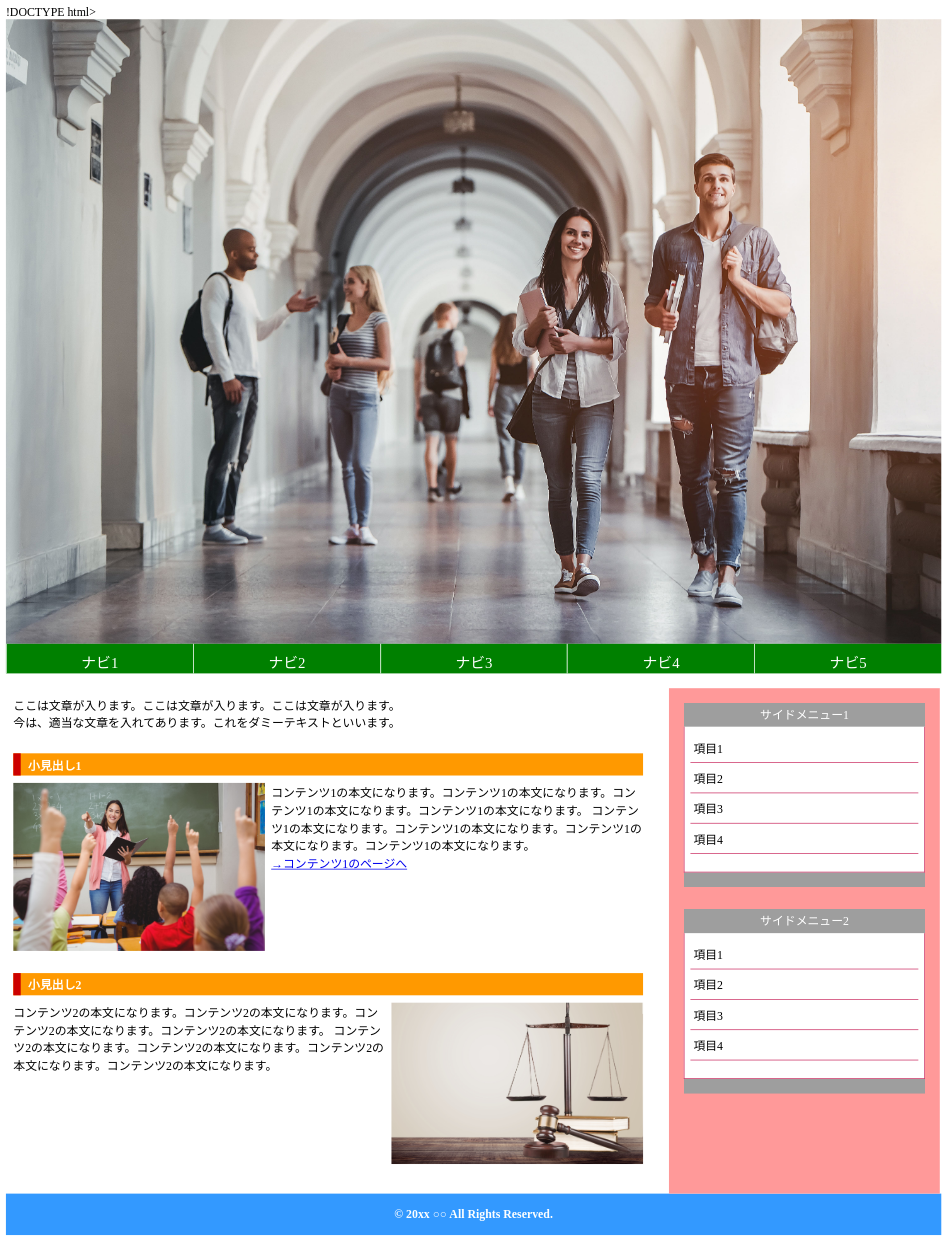
Repository: kazu999999/samurai_HTML-CSS
Page: home.html
The author's editor kept a record of every edit. The page is drawn from the files as they stood at one moment, then again after the next edit.
The browser window is 1280 px wide. The pictures show the whole page, at 74% of full size.
Pictures or frames that could not be fetched are drawn as grey boxes.

Above is the page before.

### home.html
!DOCTYPE html>
<html lang="ja">
    <head>
        <meta charset="UTF-8">
        <title>HTML/CSSの学習</title>
        <link rel="stylesheet" href="stylesheet.css">
    </head>
    <body>
        <div id="header">
            <h1><a href="index.html"><img id="corridor" src="images/corridor.jpg" alt="大学の廊下" /></a></h1>
        </div>
        <div id="wrapper">
            <div id="nav">
                <ul>
                    <li><a href="home.html">ナビ1</a></li>
                    <li><a href="#">ナビ2</a></li>
                   <li><a href="#">ナビ3</a></li>
                    <li><a href="#">ナビ4</a></li>
                    <li><a href="#">ナビ5</a></li>
                </ul>
            </div>
            <div id="container">
                <div id="main">
                    <div class="post">
                        <p>ここは文章が入ります。ここは文章が入ります。ここは文章が入ります。<br />今は、適当な文章を入れてあります。これをダミーテキストといいます。</p>
                    </div>
                    <div class="post clearfix">
                        <h2>小見出し1</h2>
                        <img class="left" src="images/classroom.jpg" alt="授業風景" />
                        <p>
                            コンテンツ1の本文になります。コンテンツ1の本文になります。コンテンツ1の本文になります。コンテンツ1の本文になります。
                            コンテンツ1の本文になります。コンテンツ1の本文になります。コンテンツ1の本文になります。コンテンツ1の本文になります。
                        </p>
                        <p><a href="#">→コンテンツ1のページへ</a></p>
                    </div>
                    <div class="post clearfix">
                        <h2>小見出し2</h2>
                        <img class="right" src="images/scale.jpg" alt="天秤" />
                        <p>
                            コンテンツ2の本文になります。コンテンツ2の本文になります。コンテンツ2の本文になります。コンテンツ2の本文になります。
                            コンテンツ2の本文になります。コンテンツ2の本文になります。コンテンツ2の本文になります。コンテンツ2の本文になります。
                        </p>
                    </div>
                </div>
                <div id="side">
                    <div class="box">
                        <h2>サイドメニュー1</h2>
                        <div class="boxBody">
                            <ul>
                                <li>項目1</li>
                                <li>項目2</li>
                                <li>項目3</li>
                                <li>項目4</li>
                            </ul>
                        </div>
                    </div>
                    <div class="box">
                        <h2>サイドメニュー2</h2>
                       <div class="boxBody">
                            <ul>
                                <li>項目1</li>
                                <li>項目2</li>
                                <li>項目3</li>
                                <li>項目4</li>
                            </ul>
                        </div>
                    </div>
               </div>
            </div>
        </div>
        <div id="footer">
            <p>&copy; 20xx ○○ All Rights Reserved.</p>
        </div>
    </body>
</html>

### stylesheet.css
@charset "utf-8";

3body {
	margin: 0;
	padding: 0;
	font-family: "ヒラギノ角ゴ Pro W3", "Hiragino Kaku Gothic Pro", "メイリオ", Meiryo, Osaka, "ＭＳ Ｐゴシック", "MS PGothic", sans-serif;
	color: #333;
	font-size: 13px;
	line-height: 150%;
}

/* -------------------- wrapper -------------------- */3#wrapper {
	width: 100%;
	margin: auto;
	padding: 0px;
	border: 0px;
	background-color: #FFF;
	top: 10px;
	position: relative;
}

/* -------------------- header -------------------- */
#header {
	width: 100%;
}
#header h1 {
	margin: 0;
	padding: 0;
}

#corridor {
	width: 100%;
	height: auto;
}

/* -------------------- footer -------------------- */
#footer {
	clear: both;
	width: 100%;
	padding: 3px 0 3px 0;
	background: #39F;
	color: #FFF;
	font-weight: bold;
	text-align: center;
}

/* -------------------- nav -------------------- */
#nav {
	width: 100%;
}
#nav ul {
	display: flex;
	margin: 0;
	padding: 0;
	list-style-type: none;
}
#nav ul li {
	width: 20%;
	text-align: center;
}
#nav ul li a {
	display: block;
	height: 20px;
	margin: 0;
	padding: 10px;
	color: #FFF;
	font-size: 20px;
	text-decoration: none;
	background-color: green;
   border-left: 1px solid white;
}

#nav ul li a:hover {
	filter: drop-shadow(10px 10px 10px black);
}

/* -------------------- container -------------------- */
#container {
	width: 100%;
	margin: auto ;
	padding-top: 20px;
	clear: both;
	display: grid;
	grid-template-columns: 70vw 30vw;
}
/* -------------------- main -------------------- */
#main {
	width: 95%;
	padding: 10px 30px 10px 10px;
}
#main h2 {
	margin: 0 0 10px 0;
	padding: 3px 10px 3px 10px;
	color: #FFF;
	font-size: 16px;
	border-left: solid 10px #C00;
	background-color: #F90;
}
#main p {
	margin: 0;
	padding: 0;
}
#main .post {
	margin: 0 0 30px 0;
}

#main .post img.right {
	margin: 0 0 0 8px;
}
#main .post img.left {
	margin: 0 8px 0 0;
}

.right {
	float: right;
	width: 40%;
	height: auto;
}
.left {
	float: left;
	width: 40%;
	height: auto;
}

/* -------------------- clearfix -------------------- */
.clearfix {
	zoom: 1;
}
.clearfix:after{
	content: "";
	display: block;
	clear: both;
}

/* -------------------- side -------------------- */
#side {
	width: 85%;
	padding: 20px;
	background-color: #F99;
}
#side .box {
	margin: 0 auto 30px auto;
	padding: 0 0 20px 0;
	background: url(images/side_box.png) bottom no-repeat;
}
#side .box h2 {
	margin: 0;
	padding: 8px;
	text-align: center;
	color: #fff;
	font-size: 16px;
	line-height: 16px;
	font-weight: normal;
	background: url(images/side_box_h2.png) center no-repeat;
}
#side .box .boxBody {
	padding: 8px;
	border-right: solid 1px #C36;
	border-bottom: solid 1px #C36;
	border-left: solid 1px #C36;
	background: #fff;
}
#side .box .boxBody ul {
	margin: 0 0 16px 0;
	padding: 0;
}
#side .box .boxBody ul li {
	padding: 8px 0 8px 4px;
	list-style: none;
	border-bottom: solid 1px #C36;
}

#side .box .boxBody ul li:hover {
	padding: 8px 0 8px 4px;
	list-style: none;
	border-bottom: solid 1px #C36;
	box-shadow: 0px 4px 4px rgba(0, 0, 0, 0.3);}

After the next edit:
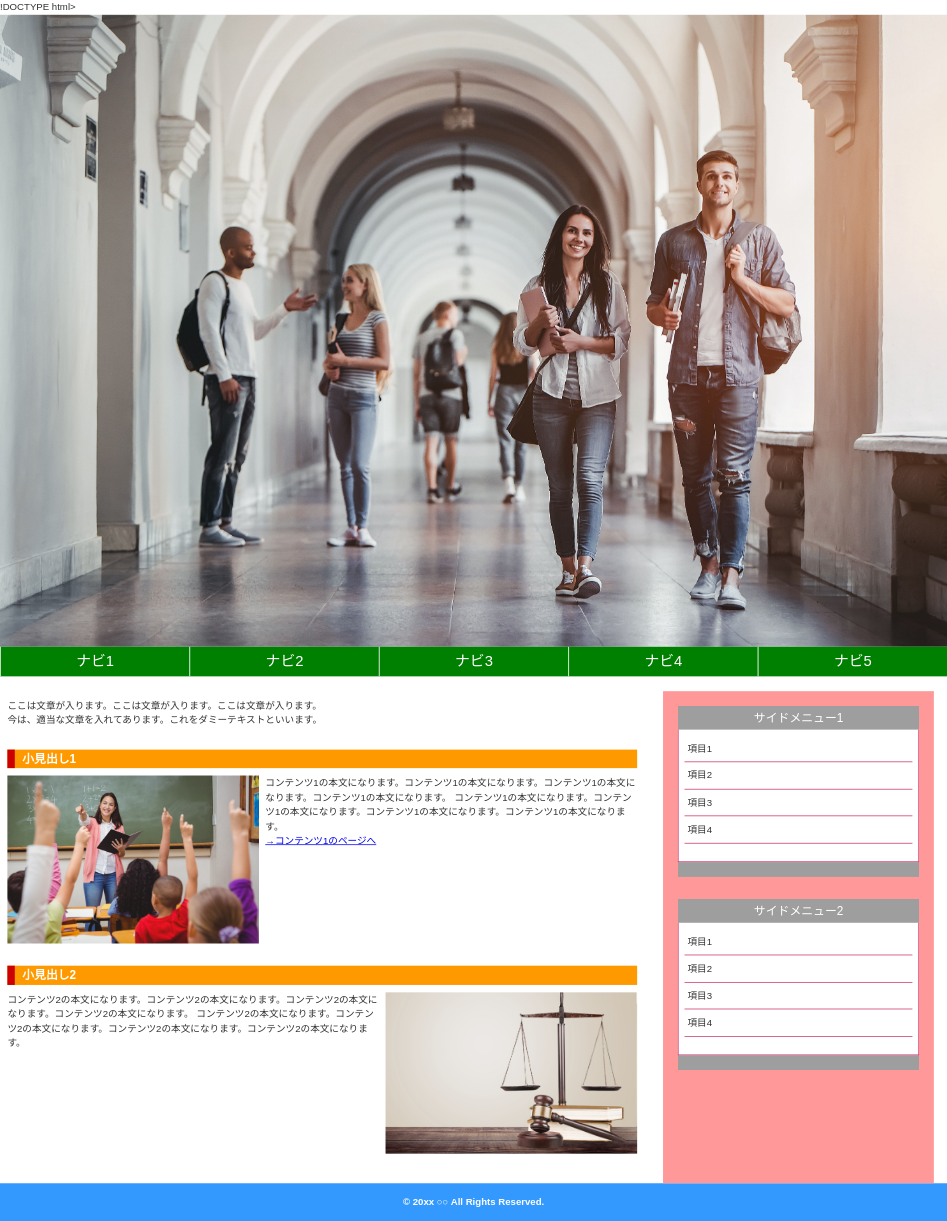
The edit:
--- a/stylesheet.css
+++ b/stylesheet.css
@@ -1,6 +1,6 @@
 @charset "utf-8";
 
-3body {
+body {
 	margin: 0;
 	padding: 0;
 	font-family: "ヒラギノ角ゴ Pro W3", "Hiragino Kaku Gothic Pro", "メイリオ", Meiryo, Osaka, "ＭＳ Ｐゴシック", "MS PGothic", sans-serif;
